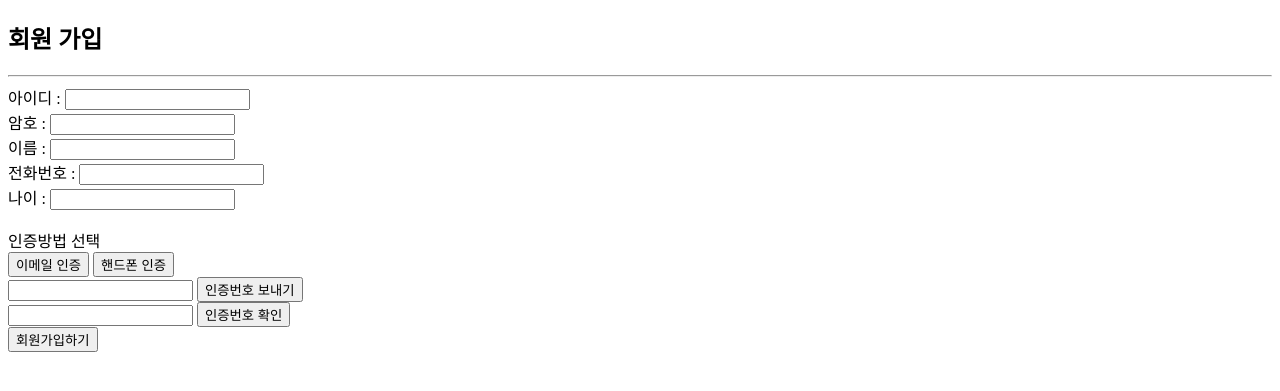
Repository: 0hmuse/day0330-2
Page: day0330-1/src/main/resources/static/test.html
These files come from the project's save history. The page is drawn as it stood at one moment and after the next save; the edit follows.
The browser window is 1280 px wide. The pictures show the whole page.

Above is the page before, as saved 2020-03-30 12:23:05.

After the next save:
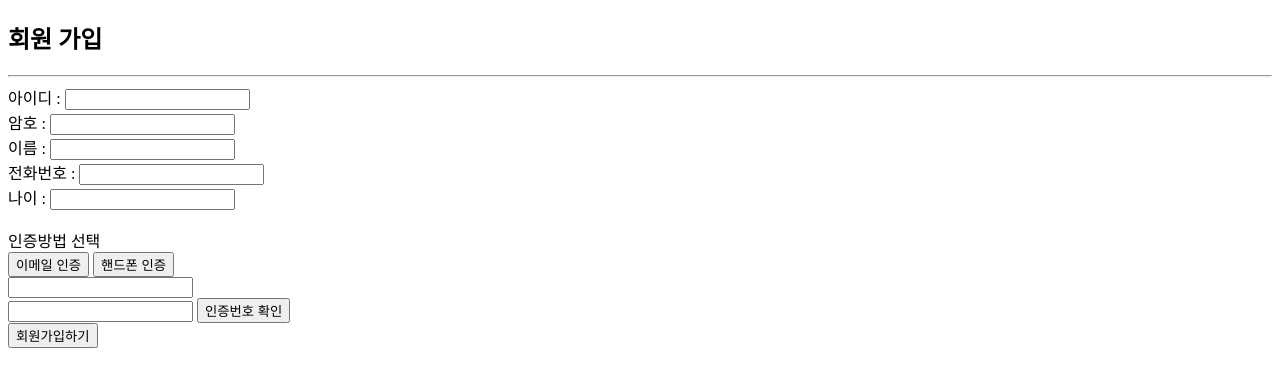
Saved 71 s later.
--- a/day0330-1/src/main/resources/static/test.html
+++ b/day0330-1/src/main/resources/static/test.html
@@ -60,7 +60,6 @@ $("#btn_email").click(function(){
 		<form id="g">
 			<div id="check">
 				<input type='text' id='in1' name='in1'>
-				<button id='ebc1'>인증번호 보내기</button>
 				<br>
 				<input type='text' id='in2' name='in2'>
 				<button id='ebc2'>인증번호 확인</button>
